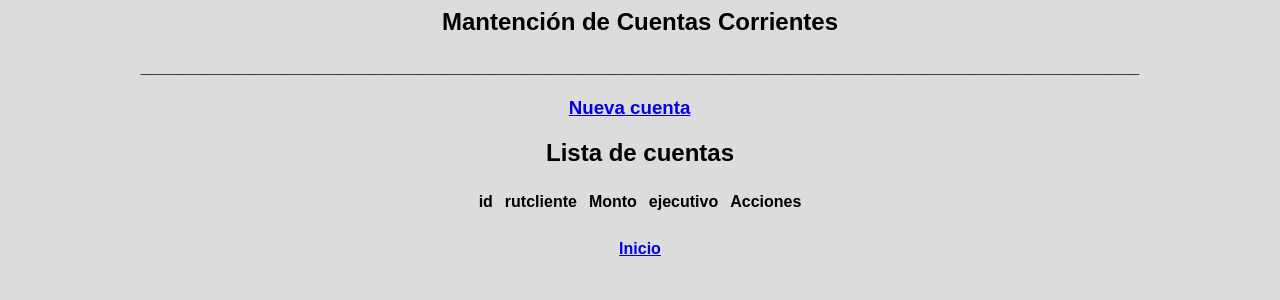
Repository: miguelalvarezcl/examen
Page: http://localhost/CtaCorriente/listCuentabd
An editor plug-in stored every save of this project. The page is shown before and after the next save, followed by the edit.
The browser window is 1280 px wide. The pictures show the whole page.
The page is served by Tomcat 9. Other server files are loaded and not shown. Queries for data that is not in the repository find no rows.

Above is the page before, as saved 2021-11-13 05:16:00.

### CtaCorriente/WebContent/ListaCuentas.jsp
<%@ page language="java" contentType="text/html; charset=UTF-8"
    pageEncoding="UTF-8"%>
<%@ taglib uri="http://java.sun.com/jsp/jstl/core" prefix="c" %>
<html>
<head>
    <title>Banco Platinum</title>
</head>
<body>
    <center>
        <h2>Mantención de Cuentas Corrientes</h2>
        <h3>________________________________________________________________________________________________</h3>
        <h3>
            <a href="/CtaCorriente/newcuenta">Nueva cuenta</a>
            &nbsp;&nbsp;&nbsp;

        </h3>
    </center>
    <div align="center">
        <table border="0" cellpadding="5">
            <h2>Lista de cuentas</h2>
            <tr>
                <th>id</th>
                <th>rutcliente</th>
                <th>Monto</th>
                <th>ejecutivo</th>
                <th>Acciones</th>
            </tr>
            <c:forEach var="cuentabd" items="${listCuentabd}">
                <tr>
                    <td><c:out value="${cuentabd.id}" /></td>
                    <td><c:out value="${cuentabd.rutcliente}" /></td>
                    <td><c:out value="${cuentabd.monto}" /></td>
                    <td><c:out value="${cuentabd.ejecutivo}" /></td>


                    <td>
                        <a href="/CtaCorriente/editcuenta?id=<c:out value='${cuentabd.id}' />">Edit</a>
                        &nbsp;&nbsp;&nbsp;&nbsp;
                        <a href="/CtaCorriente/deletecuenta?id=<c:out value='${cuentabd.id}' />">Delete</a>
                    </td>
                </tr>
            </c:forEach>
        </table>
    </div>
        <center>
        <h4>
            <a href="/CtaCorriente/home.jsp">Inicio</a>
        </h4>
    </center>
</body>
</html>

<style>
body{
	font-family: arial, helvetica;
	background: #DCDCDC;
}
</style>

### CtaCorriente/src/com/platinum/ControllerServlet.java
package com.platinum;

import java.io.IOException;
import java.sql.SQLException;
import java.util.List;

import javax.servlet.RequestDispatcher;
import javax.servlet.ServletException;
import javax.servlet.http.HttpServlet;
import javax.servlet.http.HttpServletRequest;
import javax.servlet.http.HttpServletResponse;


public class ControllerServlet extends HttpServlet {
    private static final long serialVersionUID = 1L;
    private UsuariobdDAO usuariobdDAO;
    private PersonabdDAO personabdDAO;
    private CuentabdDAO cuentabdDAO;
    private TransferenciaDAO transferenciaDAO;

    public void init() {
        String jdbcURL = getServletContext().getInitParameter("jdbcURL");
        String jdbcUsername = getServletContext().getInitParameter("jdbcUsername");
        String jdbcPassword = getServletContext().getInitParameter("jdbcPassword");

        usuariobdDAO = new UsuariobdDAO(jdbcURL, jdbcUsername, jdbcPassword);
        personabdDAO = new PersonabdDAO(jdbcURL, jdbcUsername, jdbcPassword);
        cuentabdDAO = new CuentabdDAO(jdbcURL, jdbcUsername, jdbcPassword);
        transferenciaDAO = new TransferenciaDAO(jdbcURL, jdbcUsername, jdbcPassword);

    }

    protected void doPost(HttpServletRequest request, HttpServletResponse response)
            throws ServletException, IOException {
        doGet(request, response);
    }

    protected void doGet(HttpServletRequest request, HttpServletResponse response)
            throws ServletException, IOException {
        String action = request.getServletPath();

        try {
            switch (action) {
            case "/new":
                showNewForm(request, response);
                break;
            case "/newpersona":
                showNewFormPersona(request, response);
                break;

            case "/newcuenta":
                showNewFormCuenta(request, response);
                break;

            case "/newtransferencia":
                showNewFormTransferencia(request, response);
                break;

            case "/insert":
                insertUsuariobd(request, response);
                break;

            case "/insertpersona":
                insertPersonabd(request, response);
                break;

            case "/insertcuenta":
                insertCuentabd(request, response);
                break;

            case "/inserttransferencia":
                insertTransferencia(request, response);
                break;
            case "/deletecuenta":
                deleteCuentabd(request, response);
                break;

            case "/deletepersona":
                deletePersonabd(request, response);
                break;
            case "/delete":
                deleteUsuariobd(request, response);
                break;
            case "/editpersona":
                showEditFormPersona(request, response);
                break;

            case "/editcuenta":
                showEditFormCuenta(request, response);
                break;

            case "/edit":
                showEditForm(request, response);
                break;
            case "/update":
                updateUsuariobd(request, response);
                break;
            case "/updatepersona":
                updatePersonabd(request, response);
                break;

            case "/updatecuenta":
                updateCuentabd(request, response);
                break;


            case "/listPersonabd":
            	listPersonabd(request, response);
                break;

            case "/listCuentabd":
            	//System.out.println("1");
            	listCuentabd(request, response);
                break;
            case "/listTransferencia":
            	listTransferencia(request, response);
                break;
            default:
                listUsuariobd(request, response);
                break;
            }
        } catch (SQLException ex) {
            throw new ServletException(ex);
        }
    }



    private void listTransferencia(HttpServletRequest request, HttpServletResponse response)
            throws SQLException, IOException, ServletException {


        List<Transferencia> listTransferencia = transferenciaDAO.listAllTransferencia();

        request.setAttribute("listTransferencia", listTransferencia);
        RequestDispatcher dispatcher = request.getRequestDispatcher("ListaTransferencia.jsp");
        dispatcher.forward(request, response);
    }

    private void listCuentabd(HttpServletRequest request, HttpServletResponse response)
            throws SQLException, IOException, ServletException {


        List<Cuentabd> listCuentabd = cuentabdDAO.listAllCuentabd();

        request.setAttribute("listCuentabd", listCuentabd);
        RequestDispatcher dispatcher = request.getRequestDispatcher("ListaCuentas.jsp");
        dispatcher.forward(request, response);
    }

    private void listPersonabd(HttpServletRequest request, HttpServletResponse response)
            throws SQLException, IOException, ServletException {

        List<Personabd> listPersonabd = personabdDAO.listAllPersonabd();

        request.setAttribute("listPersonabd", listPersonabd);
        RequestDispatcher dispatcher = request.getRequestDispatcher("ListaPersonas.jsp");
        dispatcher.forward(request, response);
    }

    private void listUsuariobd(HttpServletRequest request, HttpServletResponse response)
            throws SQLException, IOException, ServletException {
        List<Usuariobd> listUsuariobd = usuariobdDAO.listAllUsuariosbd();
        request.setAttribute("listUsuariobd", listUsuariobd);
        RequestDispatcher dispatcher = request.getRequestDispatcher("ListaUsuarios.jsp");
        dispatcher.forward(request, response);
    }


    private void showNewForm(HttpServletRequest request, HttpServletResponse response)
            throws ServletException, IOException {
        RequestDispatcher dispatcher = request.getRequestDispatcher("FormularioUsuario.jsp");
        dispatcher.forward(request, response);
    }

    private void showNewFormPersona(HttpServletRequest request, HttpServletResponse response)
            throws ServletException, IOException {
        RequestDispatcher dispatcher = request.getRequestDispatcher("FormularioPersona.jsp");
        dispatcher.forward(request, response);
    }

    private void showNewFormCuenta(HttpServletRequest request, HttpServletResponse response)
            throws ServletException, IOException {
        RequestDispatcher dispatcher = request.getRequestDispatcher("FormularioCuenta.jsp");
        dispatcher.forward(request, response);
    }

    private void showNewFormTransferencia(HttpServletRequest request, HttpServletResponse response)
            throws ServletException, IOException {
        RequestDispatcher dispatcher = request.getRequestDispatcher("FormularioTransferencia.jsp");
        dispatcher.forward(request, response);
    }


    private void showEditForm(HttpServletRequest request, HttpServletResponse response)
            throws SQLException, ServletException, IOException {
        int id = Integer.parseInt(request.getParameter("id"));
        Usuariobd existingUsuariobd = usuariobdDAO.getUsuariobd(id);
        RequestDispatcher dispatcher = request.getRequestDispatcher("FormularioUsuario.jsp");
        request.setAttribute("usuariobd", existingUsuariobd);
        dispatcher.forward(request, response);

    }

    private void showEditFormPersona(HttpServletRequest request, HttpServletResponse response)
            throws SQLException, ServletException, IOException {
        String rut = request.getParameter("rut");
        Personabd existingPersonabd = personabdDAO.getPersonabd(rut);
        RequestDispatcher dispatcher = request.getRequestDispatcher("FormularioPersona.jsp");
        request.setAttribute("personabd", existingPersonabd);
        dispatcher.forward(request, response);


    }

    private void showEditFormCuenta(HttpServletRequest request, HttpServletResponse response)
            throws SQLException, ServletException, IOException {
        int id = Integer.parseInt(request.getParameter("id"));
        Cuentabd existingCuentabd = cuentabdDAO.getCuentabd(id);
        RequestDispatcher dispatcher = request.getRequestDispatcher("FormularioCuenta.jsp");
        request.setAttribute("cuentabd", existingCuentabd);
        dispatcher.forward(request, response);


    }

    private void insertUsuariobd(HttpServletRequest request, HttpServletResponse response)
            throws SQLException, IOException {
        String nombreusuario = request.getParameter("nombreusuario");
        String password = request.getParameter("password");


        Usuariobd newUsuariobd = new Usuariobd(nombreusuario, password);
        usuariobdDAO.insertUsuariobd(newUsuariobd);
        response.sendRedirect("list");
    }

    private void insertPersonabd(HttpServletRequest request, HttpServletResponse response)
            throws SQLException, IOException {
    	String rut = request.getParameter("rut");
        String nombre = request.getParameter("nombre");
        String apellido = request.getParameter("apellido");
        String direccion = request.getParameter("direccion");
        String correo = request.getParameter("correo");
        String telefono = request.getParameter("telefono");

        Personabd newPersonabd = new Personabd(rut,nombre, apellido,direccion,correo,telefono);
        personabdDAO.insertPersonabd(newPersonabd);
        response.sendRedirect("listPersonabd");
    }

    private void insertTransferencia(HttpServletRequest request, HttpServletResponse response)
            throws SQLException, IOException {
        String rutpersona = request.getParameter("rutpersona");
        int idusuario = Integer.parseInt(request.getParameter("idusuario"));
        int idcuenta = Integer.parseInt(request.getParameter("idcuenta"));
        int montotransferencia = Integer.parseInt(request.getParameter("montotransferencia"));
        int cuentatransferencia = Integer.parseInt(request.getParameter("cuentatransferencia"));
        String tipocuenta = request.getParameter("tipocuenta");

        Transferencia newTransferencia = new Transferencia(rutpersona, idusuario,idcuenta,montotransferencia,cuentatransferencia,tipocuenta);
        transferenciaDAO.insertTransferencia(newTransferencia);
        response.sendRedirect("listTransferencia");
    }

    private void insertCuentabd(HttpServletRequest request, HttpServletResponse response)
            throws SQLException, IOException {
        String rutcliente = request.getParameter("rutcliente");
        String monto = request.getParameter("monto");
        String ejecutivo = request.getParameter("ejecutivo");

        Cuentabd newCuentabd = new Cuentabd(rutcliente, monto,ejecutivo);
        cuentabdDAO.insertCuentabd(newCuentabd);
        response.sendRedirect("listCuentabd");
    }


    private void updatePersonabd(HttpServletRequest request, HttpServletResponse response)
            throws SQLException, IOException {
        String rut = request.getParameter("rut");
        String nombre = request.getParameter("nombre");
        String apellido = request.getParameter("apellido");
        String direccion = request.getParameter("direccion");
        String correo = request.getParameter("correo");
        String telefono = request.getParameter("telefono");


        Personabd personabd = new Personabd(rut, nombre, apellido,direccion,correo,telefono);
        personabdDAO.updatePersonabd(personabd);
        response.sendRedirect("listPersonabd");
    }


    private void updateCuentabd(HttpServletRequest request, HttpServletResponse response)
            throws SQLException, IOException {
    	System.out.println("paso");

        String rutcliente = request.getParameter("rutcliente");
        String monto = request.getParameter("monto");
        String ejecutivo = request.getParameter("ejecutivo");
        int id = Integer.parseInt(request.getParameter("id"));
        Cuentabd cuentabd = new Cuentabd(id, rutcliente, monto , ejecutivo);
        System.out.println("paso2");
        cuentabdDAO.updateCuentabd(cuentabd);
        response.sendRedirect("listCuentabd");
    }


    private void updateUsuariobd(HttpServletRequest request, HttpServletResponse response)
            throws SQLException, IOException {
        int id = Integer.parseInt(request.getParameter("id"));
        String nombreusuario = request.getParameter("nombreusuario");
        String password = request.getParameter("password");


        Usuariobd usuariobd = new Usuariobd(id, nombreusuario, password);
        usuariobdDAO.updateUsuariobd(usuariobd);
        response.sendRedirect("list");
    }

    private void deleteUsuariobd(HttpServletRequest request, HttpServletResponse response)
            throws SQLException, IOException {
        int id = Integer.parseInt(request.getParameter("id"));

        Usuariobd usuariobd = new Usuariobd(id);
        usuariobdDAO.deleteUsuariobd(usuariobd);
        response.sendRedirect("list");

    }

    private void deletePersonabd(HttpServletRequest request, HttpServletResponse response)
            throws SQLException, IOException {
        String rut = request.getParameter("rut");

        Personabd personabd = new Personabd(rut);
        personabdDAO.deletePersonabd(personabd);
        response.sendRedirect("listPersonabd");
    }


    private void deleteCuentabd(HttpServletRequest request, HttpServletResponse response)
            throws SQLException, IOException {
        int id = Integer.parseInt(request.getParameter("id"));

        Cuentabd cuentabd = new Cuentabd(id);
        cuentabdDAO.deleteCuentabd(cuentabd);
        response.sendRedirect("listCuentabd");
    }



}

After the next save:
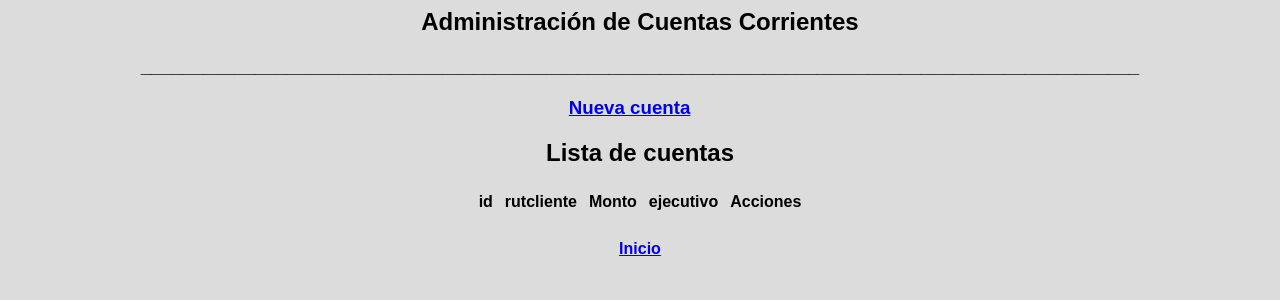
Saved 41 s later.
--- a/CtaCorriente/WebContent/ListaCuentas.jsp
+++ b/CtaCorriente/WebContent/ListaCuentas.jsp
@@ -3,11 +3,11 @@
 <%@ taglib uri="http://java.sun.com/jsp/jstl/core" prefix="c" %>
 <html>
 <head>
-    <title>Banco Platinum</title>
+    <title>:::... Banco Platinum ...:::</title>
 </head>
 <body>
     <center>
-        <h2>Mantención de Cuentas Corrientes</h2>
+        <h2>Administración de Cuentas Corrientes</h2>
         <h3>________________________________________________________________________________________________</h3>
         <h3>
             <a href="/CtaCorriente/newcuenta">Nueva cuenta</a>
